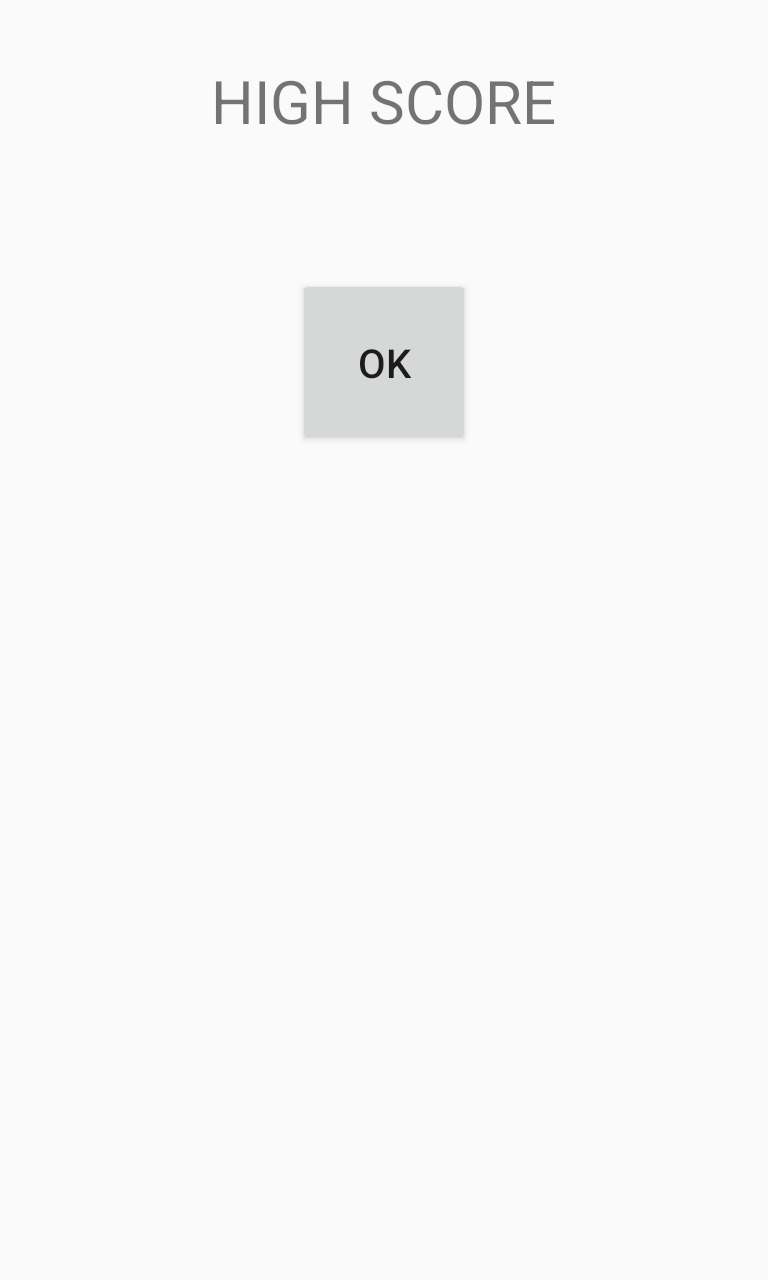
Repository: JoanneCaroll/Mathbomb
Layout: MathBomb/res/layout/activity_highscore.xml
An editor plug-in stored every save of this project. The layout is shown before and after the next save, followed by the edit.
It is drawn on a 768 x 1280 px phone screen (xhdpi) without system bars, with theme AppTheme; the app's code is not run.

Above is the layout before, as saved 2014-11-12 06:07:24.

After the next save:
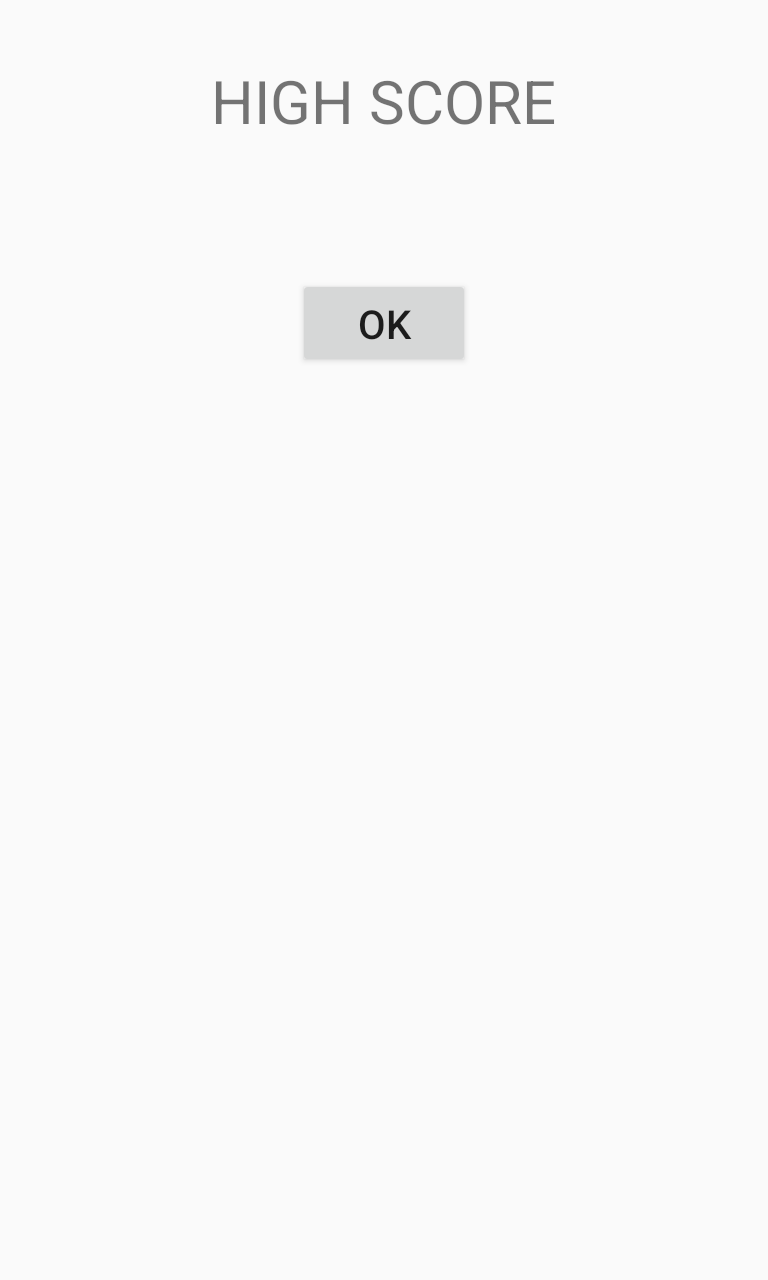
Saved 24 s later.
--- a/MathBomb/res/layout/activity_highscore.xml
+++ b/MathBomb/res/layout/activity_highscore.xml
@@ -35,8 +35,6 @@
    </LinearLayout>
 
    <Button
-        android:paddingTop="30dp"
-        android:paddingBottom="30dp"
         android:layout_gravity="center"
        	android:id="@+id/ok_highscore"
         android:layout_width="wrap_content"
